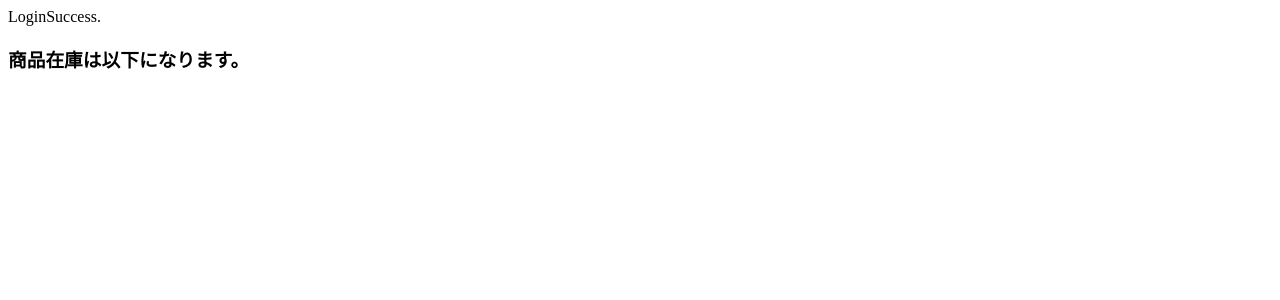
Repository: sachiyuki/java
Page: http://localhost/AdminLogin/adminpage.jsp
These files come from the project's save history. The page is drawn as it stood at one moment and after the next save; the edit follows.
The browser window is 1280 px wide. The pictures show the whole page.
The page is served by Tomcat 9.

Above is the page before, as saved 2018-03-05 07:01:43.

After the next save:
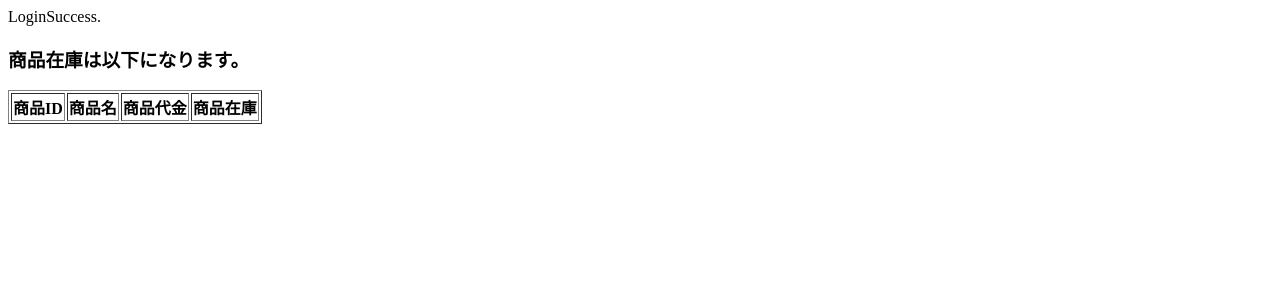
Saved 4 min 38 s later.
--- a/AdminLogin/WebContent/adminpage.jsp
+++ b/AdminLogin/WebContent/adminpage.jsp
@@ -14,6 +14,22 @@
 
 <h3>商品在庫は以下になります。</h3>
 <s:form>
+<table border="1">
+<tr>
+	<th>商品ID</th>
+	<th>商品名</th>
+	<th>商品代金</th>
+	<th>商品在庫</th>
+</tr>
+<s:iterator value="itemList">
+<tr>
+	<td><s:property value="id"/></td>
+	<td><s:property value="itemName"/></td>
+	<td><s:property value="itemPrice"/></td>
+	<td><s:property value="itemStock"/></td>
+</tr>
+</s:iterator>
+</table>
 </s:form>
 
 </body>
